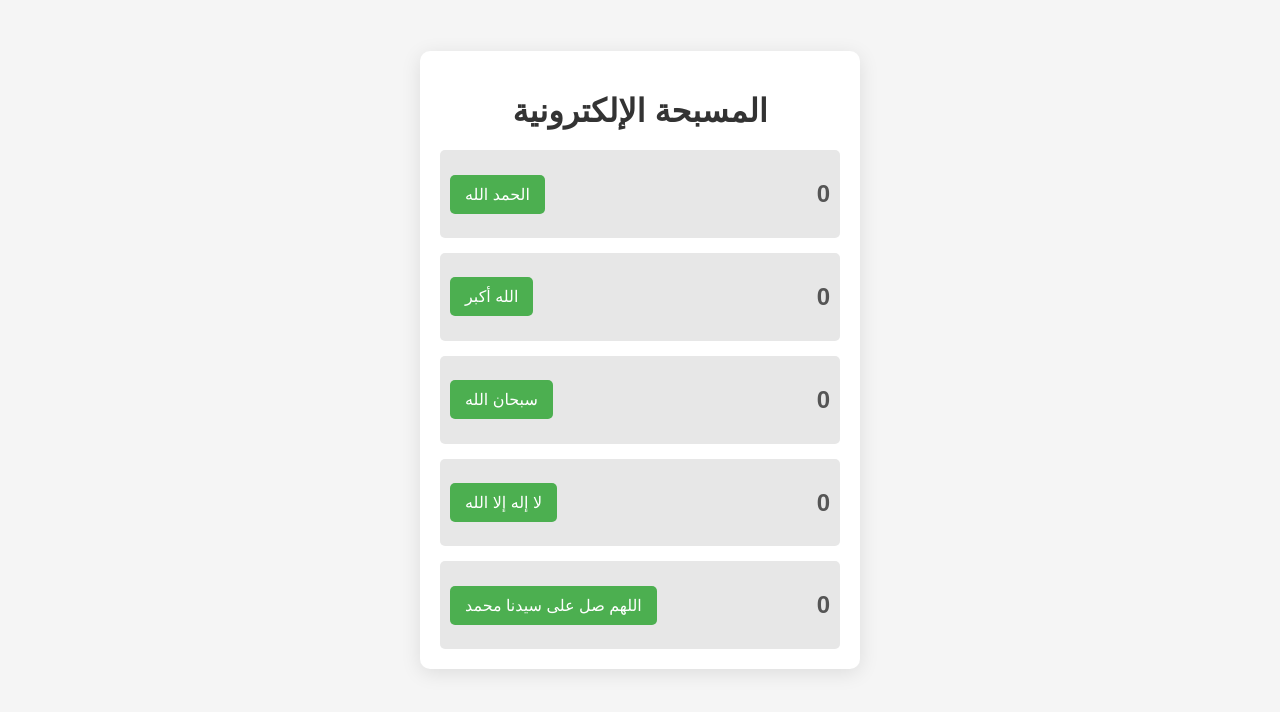
Repository: ShahdKItany/Electronic-Rosary
Page: index.html
An editor plug-in stored every save of this project. The page is shown before and after the next save, followed by the edit.
The browser window is 1280 px wide. The pictures show the whole page.

Above is the page before, as saved 2024-10-23 00:50:25.

### index.html
<!DOCTYPE html>
<html lang="en">
<head>
  <meta charset="UTF-8">
  <meta name="viewport" content="width=device-width, initial-scale=1.0">
  <link rel="stylesheet" href="styles.css">
  <title>المسبحة الإلكترونية</title>
</head>
<body>
  <div class="container">
    <h1 class="title">المسبحة الإلكترونية</h1>
    <div class="button-container">
      <div class="button-group">
        <button id="incrementButton1">الحمد الله</button>
        <h2><span id="counter1" class="counter">0</span></h2>
      </div>
      <div class="button-group">
        <button id="incrementButton2">الله أكبر</button>
        <h2><span id="counter2" class="counter">0</span></h2>
      </div>
      <div class="button-group">
        <button id="incrementButton3">سبحان الله</button>
        <h2><span id="counter3" class="counter">0</span></h2>
      </div>
      <div class="button-group">
        <button id="incrementButton4">لا إله إلا الله</button>
        <h2><span id="counter4" class="counter">0</span></h2>
      </div>
      <div class="button-group">
        <button id="incrementButton5">اللهم صل على سيدنا محمد</button>
        <h2><span id="counter5" class="counter">0</span></h2>
      </div>
    </div>
  </div>

  <script src="main.js"></script>
</body>
</html>

### styles.css
body {
    font-family: Arial, sans-serif;
    background-color: #f5f5f5;
    display: flex;
    justify-content: center;
    align-items: center;
    height: 100vh;
    margin: 0;
  }

  .container {
    text-align: center;
    background-color: white;
    border-radius: 10px;
    box-shadow: 0 4px 20px rgba(0, 0, 0, 0.1);
    padding: 20px;
    max-width: 400px;
    width: 100%;
  }

  .title {
    color: #333;
    margin-bottom: 20px;
  }

  .button-container {
    display: flex;
    flex-direction: column;
    gap: 15px;
  }

  .button-group {
    display: flex;
    justify-content: space-between;
    align-items: center;
    background-color: #e7e7e7;
    border-radius: 5px;
    padding: 10px;
    transition: background-color 0.3s;
  }

  .button-group:hover {
    background-color: #d0d0d0;
  }

  button {
    background-color: #4CAF50;
    color: white;
    border: none;
    border-radius: 5px;
    padding: 10px 15px;
    cursor: pointer;
    font-size: 16px;
    transition: background-color 0.3s;
  }

  button:hover {
    background-color: #45a049;
  }

  .counter {
    font-size: 24px;
    color: #555;
  }

### main.js
const incrementButton1 = document.getElementById('incrementButton1');
const incrementButton2 = document.getElementById('incrementButton2');
const incrementButton3 = document.getElementById('incrementButton3');
const incrementButton4 = document.getElementById('incrementButton4');
const incrementButton5 = document.getElementById('incrementButton5');

const counterElement1 = document.getElementById('counter1');
const counterElement2 = document.getElementById('counter2');
const counterElement3 = document.getElementById('counter3');
const counterElement4 = document.getElementById('counter4');
const counterElement5 = document.getElementById('counter5');

let counterValue1 = 0;
let counterValue2 = 0;
let counterValue3 = 0;
let counterValue4 = 0;
let counterValue5 = 0;

incrementButton1.addEventListener('click', function() {
  counterElement1.textContent = ++counterValue1;
});

incrementButton2.addEventListener('click', function() {
  counterElement2.textContent = ++counterValue2;
});

incrementButton3.addEventListener('click', function() {
  counterElement3.textContent = ++counterValue3;
});

incrementButton4.addEventListener('click', function() {
  counterElement4.textContent = ++counterValue4;
});

incrementButton5.addEventListener('click', function() {
  counterElement5.textContent = ++counterValue5;
});

After the next save:
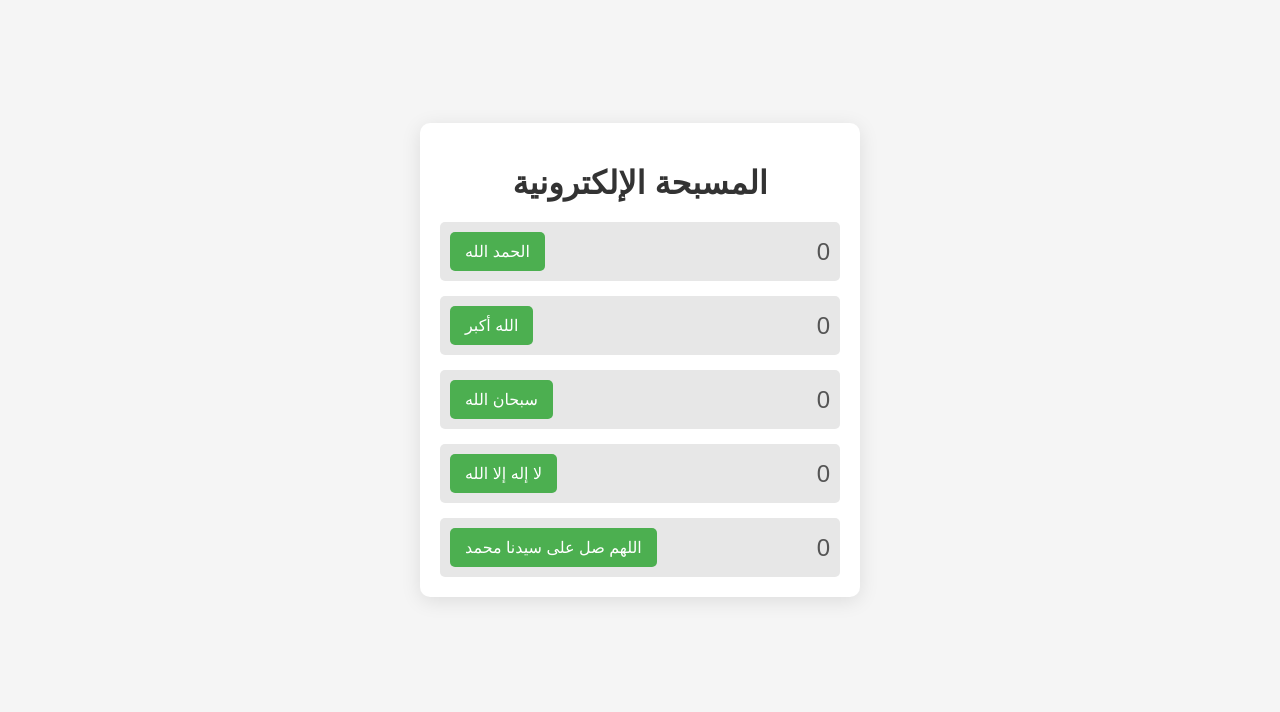
Saved 112 s later.
--- a/index.html
+++ b/index.html
@@ -1,5 +1,5 @@
 <!DOCTYPE html>
-<html lang="en">
+<html lang="ar">
 <head>
   <meta charset="UTF-8">
   <meta name="viewport" content="width=device-width, initial-scale=1.0">
@@ -12,23 +12,23 @@
     <div class="button-container">
       <div class="button-group">
         <button id="incrementButton1">الحمد الله</button>
-        <h2><span id="counter1" class="counter">0</span></h2>
+        <span id="counter1" class="counter">0</span>
       </div>
       <div class="button-group">
         <button id="incrementButton2">الله أكبر</button>
-        <h2><span id="counter2" class="counter">0</span></h2>
+        <span id="counter2" class="counter">0</span>
       </div>
       <div class="button-group">
         <button id="incrementButton3">سبحان الله</button>
-        <h2><span id="counter3" class="counter">0</span></h2>
+        <span id="counter3" class="counter">0</span>
       </div>
       <div class="button-group">
         <button id="incrementButton4">لا إله إلا الله</button>
-        <h2><span id="counter4" class="counter">0</span></h2>
+        <span id="counter4" class="counter">0</span>
       </div>
       <div class="button-group">
         <button id="incrementButton5">اللهم صل على سيدنا محمد</button>
-        <h2><span id="counter5" class="counter">0</span></h2>
+        <span id="counter5" class="counter">0</span>
       </div>
     </div>
   </div>
